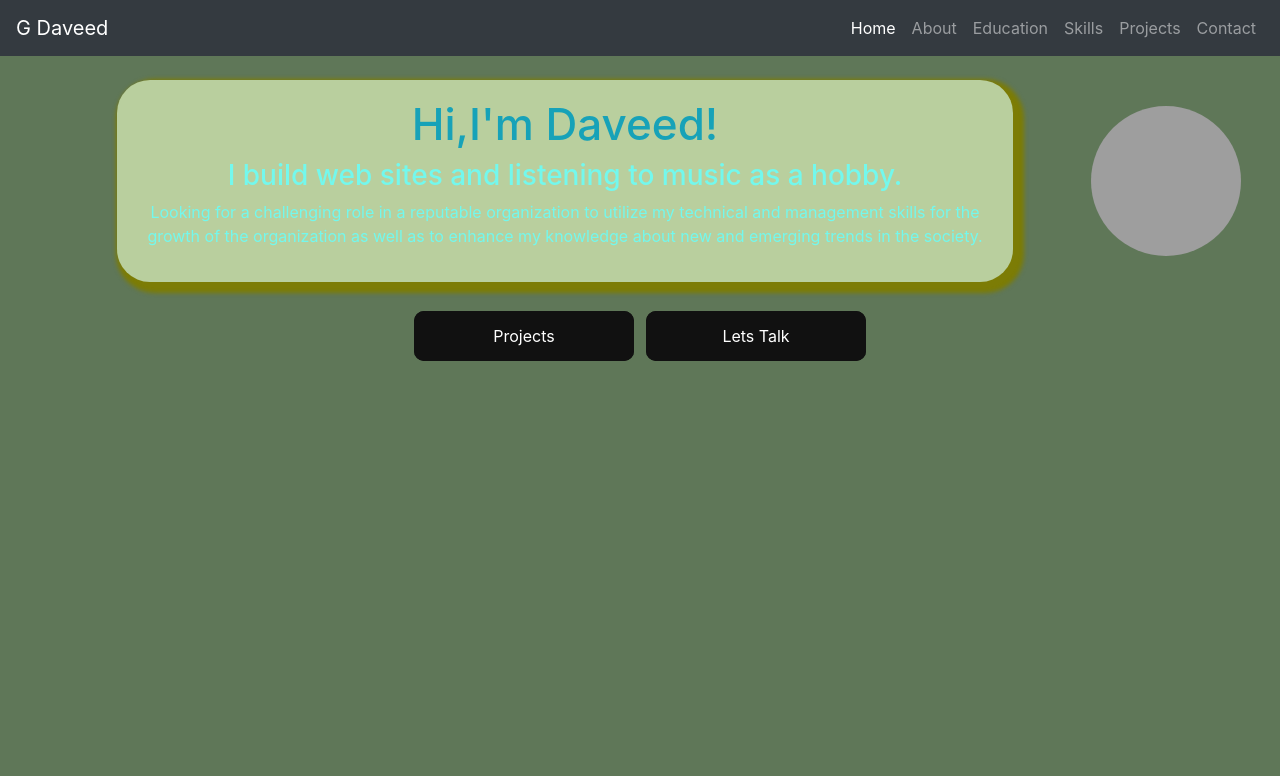
Repository: DaveedGangi/DaveedWebsite
Page: one.html
The author's editor kept a copy of each file at every save. The page is drawn from the files as they stood at one save, then again after a run of saves.
The browser window is 1280 px wide. The pictures show the whole page.
Pictures or frames that could not be fetched are drawn as grey boxes.

Above is the page before, as saved 2023-10-23 13:28:10.

After the next 2 saves:
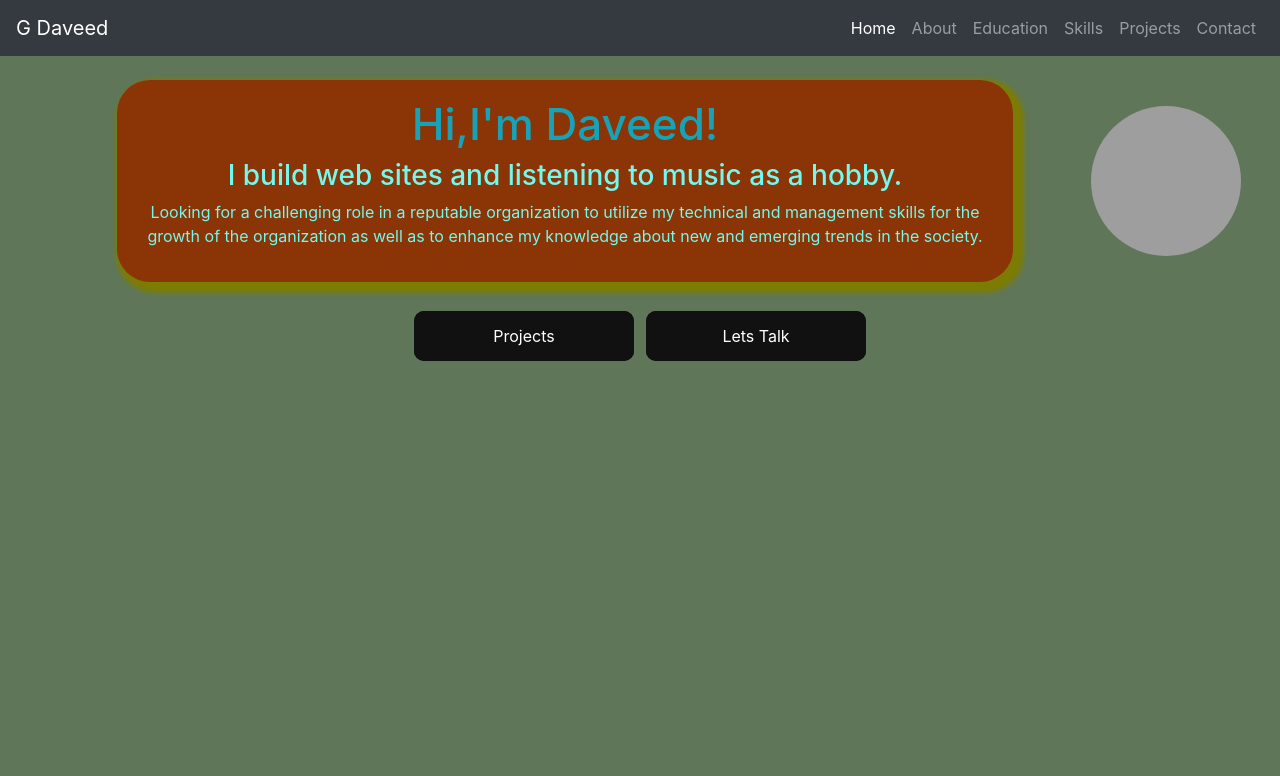
The 2 saves are shown as one change because they came seconds apart.
The last was saved 17 s later.
--- a/two.css
+++ b/two.css
@@ -31,7 +31,7 @@
 .card1{
 
     width:70vw;
-    background-color: rgb(185, 207, 158);
+    background-color: rgb(139, 52, 5);
     border-radius: 33px;
     display: flex;
     padding:18px;
